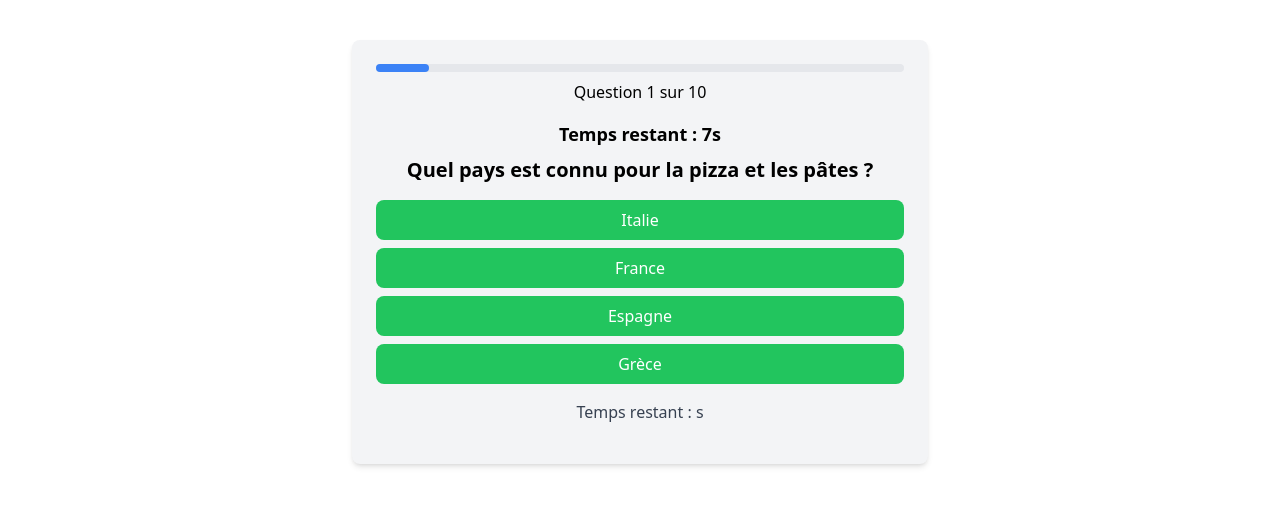
Repository: snaike71/quizvue
Page: /, after clicking the first element matching `button.px-6`
An editor plug-in stored every save of this project. The page is shown before and after the next save, followed by the edit.
The browser window is 1280 px wide. The pictures show the whole page.
The project was rebuilt for these pictures with package versions that can differ from the ones it lists, and the page was loaded fresh each time. Also part of the build but not shown: vite.config.ts, src/components/Leaderboard.vue.

Above is the page before, as saved 2024-10-31 10:52:23.

### src/main.ts
import './assets/main.css'

import { createApp } from 'vue'
import App from './App.vue'
import { createPinia } from 'pinia';

const app = createApp(App);
app.use(createPinia());
app.mount('#app');

### src/App.vue
<template>
  <div class="app">
    <QuizApp />
  </div>
</template>

<script lang="ts">
import { defineComponent } from 'vue';
import QuizApp from './components/QuizApp.vue';

export default defineComponent({
  name: 'App',
  components: {
    QuizApp
  }
});
</script>

### src/components/QuizApp.vue
<template>
  <div class="quiz-container max-w-xl mx-auto bg-gray-100 p-6 rounded-lg shadow-md mt-10">
    <div v-if="!quizStore.quizStarted && !quizStore.quizEnded" class="text-center">
      <h1 class="text-2xl font-bold mb-6">Quiz de Culture Générale</h1>
      <button @click="startQuiz" class="px-6 py-3 bg-blue-500 text-white font-semibold rounded-lg hover:bg-blue-600">
        Commencer le Quiz
      </button>
    </div>

    <div v-else-if="quizStore.quizStarted && !quizStore.quizEnded">
      <QuizProgress :currentIndex="quizStore.currentQuestionIndex" :totalQuestions="quizStore.selectedQuestions.length" />
      <QuizTimer :initialTime="quizStore.timer" @time-up="handleTimeUp" />
      <QuizQuestion :question="quizStore.currentQuestion" @answer="handleAnswer" />
      <p v-if="feedbackMessage" :class="{'text-green-500': isCorrect, 'text-red-500': !isCorrect}" class="text-center text-lg font-semibold mt-4 animate-fade">
        {{ feedbackMessage }}
      </p>
    </div>

    <div v-if="quizStore.quizEnded" class="text-center">
      <h2 class="text-xl font-bold">Votre score final : {{ quizStore.score }}/10</h2>
      <Leaderboard />
      <button @click="startQuiz" class="mt-6 px-4 py-2 bg-blue-500 text-white rounded hover:bg-blue-600">Rejouer</button>
    </div>
  </div>
</template>

<script lang="ts">
import { defineComponent, ref } from 'vue';
import { useQuizStore } from '@/store/quizStore';
import QuizProgress from './QuizProgress.vue';
import QuizQuestion from './QuizQuestion.vue';
import QuizTimer from './QuizTimer.vue';
import Leaderboard from './Leaderboard.vue';

export default defineComponent({
  components: { QuizProgress, QuizQuestion, QuizTimer, Leaderboard },
  setup() {
    const quizStore = useQuizStore();
    const feedbackMessage = ref('');
    const isCorrect = ref(false);

    const startQuiz = async () => {
      await quizStore.loadQuestions();
      quizStore.startQuiz();
    };

    const handleAnswer = (selectedAnswer: string | null) => {
      const correctAnswer = quizStore.currentQuestion.answer;
      isCorrect.value = selectedAnswer === correctAnswer;
      feedbackMessage.value = isCorrect.value ? "Bonne réponse !" : "Mauvaise réponse !";
      if (isCorrect.value) quizStore.incrementScore();
      quizStore.nextQuestion();
    };

    const handleTimeUp = () => {
      handleAnswer(null); // Passe automatiquement à la question suivante si le temps est écoulé
    };

    return { quizStore, feedbackMessage, isCorrect, startQuiz, handleAnswer, handleTimeUp };
  }
});
</script>

<style scoped>
@keyframes fade {
  from { opacity: 1; }
  to { opacity: 0; }
}
.animate-fade {
  animation: fade 2s forwards;
}
</style>

### src/store/quizStore.ts
// src/store/quizStore.ts
import { defineStore } from 'pinia';

export const useQuizStore = defineStore('quiz', {
  state: () => ({
    questions: [] as Array<{ text: string; options: string[]; answer: string }>,
    selectedQuestions: [] as Array<{ text: string; options: string[]; answer: string }>,
    currentQuestionIndex: 0,
    score: 0,
    timer: 10,
    quizStarted: false,
    quizEnded: false,
    leaderboard: JSON.parse(localStorage.getItem('quizScores') || '[]') as Array<{ score: number; date: string }>
  }),
  actions: {
    async loadQuestions() {
      const response = await fetch('/questions.json');
      this.questions = await response.json();
      this.selectedQuestions = this.shuffleArray(this.questions).slice(0, 10);
    },
    startQuiz() {
      this.quizStarted = true;
      this.currentQuestionIndex = 0;
      this.score = 0;
      this.quizEnded = false;
      this.timer = 10;
    },
    nextQuestion() {
      if (this.currentQuestionIndex < this.selectedQuestions.length - 1) {
        this.currentQuestionIndex++;
        this.timer = 10;
      } else {
        this.endQuiz();
      }
    },
    incrementScore() {
      this.score++;
    },
    endQuiz() {
      this.quizEnded = true;
      this.quizStarted = false;
      this.saveScore();
    },
    saveScore() {
      const newScore = { score: this.score, date: new Date().toISOString() };
      this.leaderboard.push(newScore);
      localStorage.setItem('quizScores', JSON.stringify(this.leaderboard));
    },
    shuffleArray(array: any[]) {
      return array.sort(() => Math.random() - 0.5);
    }
  },
  getters: {
    progressPercentage(state) {
      return ((state.currentQuestionIndex + 1) / state.selectedQuestions.length) * 100;
    },
    currentQuestion(state) {
      return state.selectedQuestions[state.currentQuestionIndex];
    }
  }
});

### src/components/QuizProgress.vue
<template>
  <div class="mb-4">
    <div class="w-full bg-gray-200 rounded-full h-2 mb-2">
      <div class="bg-blue-500 h-2 rounded-full transition-all duration-500" :style="{ width: progress + '%' }"></div>
    </div>
    <p class="text-center">Question {{ currentIndex + 1 }} sur {{ totalQuestions }}</p>
  </div>
</template>

<script lang="ts">
import { defineComponent } from 'vue';

export default defineComponent({
  props: {
    currentIndex: { type: Number, required: true },
    totalQuestions: { type: Number, required: true },
  },
  computed: {
    progress() {
      return ((this.currentIndex + 1) / this.totalQuestions) * 100;
    }
  }
});
</script>

### src/components/QuizQuestion.vue
<template>
  <div class="question-container text-center mb-4">
    <h2 class="text-xl font-semibold mb-4">{{ question.text }}</h2>
    <div class="options flex flex-col gap-2">
      <button v-for="option in question.options" :key="option" @click="selectAnswer(option)" class="option py-2 px-4 bg-green-500 text-white rounded-lg hover:bg-green-600">
        {{ option }}
      </button>
    </div>
    <p class="mt-4 text-gray-700">Temps restant : <span class="font-semibold">{{ timer }}</span>s</p>
  </div>
</template>

<script lang="ts">
import { defineComponent, PropType, watch, onMounted, onUnmounted } from 'vue';
import { useQuizStore } from '@/store/quizStore';

export default defineComponent({
  props: {
    question: {
      type: Object as PropType<{ text: string; options: string[]; answer: string }>,
      required: true
    },
    timer: Number
  },
  emits: ['answer'],
  setup(props, { emit }) {
    const quizStore = useQuizStore();
    let timerInterval: ReturnType<typeof setInterval>;

    const startTimer = () => {
      timerInterval = setInterval(() => {
        quizStore.timer--;
        if (quizStore.timer === 0) {
          emit('answer', null);
          quizStore.nextQuestion();
        }
      }, 1000);
    };

    onMounted(() => startTimer());
    onUnmounted(() => clearInterval(timerInterval));

    const selectAnswer = (option: string) => {
      emit('answer', option);
    };

    return { selectAnswer };
  }
});
</script>

### src/components/QuizTimer.vue
<template>
    <div class="text-center text-lg font-semibold mb-2">Temps restant : {{ timeLeft }}s</div>
  </template>

  <script lang="ts">
  import { defineComponent, ref, onMounted, watch } from 'vue';

  export default defineComponent({
    props: {
      initialTime: { type: Number, default: 10 },
    },
    emits: ['time-up'],
    setup(props, { emit }) {
      const timeLeft = ref(props.initialTime);
      let timerInterval: ReturnType<typeof setInterval> | null = null;

      const startTimer = () => {
        clearInterval(timerInterval as ReturnType<typeof setInterval>);
        timerInterval = setInterval(() => {
          if (timeLeft.value > 0) {
            timeLeft.value--;
          } else {
            clearInterval(timerInterval as ReturnType<typeof setInterval>);
            emit('time-up');
          }
        }, 1000);
      };

      onMounted(startTimer);
      watch(() => props.initialTime, (newTime) => {
        timeLeft.value = newTime;
        startTimer();
      });

      return { timeLeft };
    }
  });
  </script>

### tailwind.config.js
/** @type {import('tailwindcss').Config} */
export default {
  content: [
    "./src/**/*.{vue,js,ts,jsx,tsx}"
  ],
  theme: {
    extend: {},
  },
  plugins: [],
}

### public/questions.json
[
    { "text": "Quelle est la capitale de l'Espagne ?", "options": ["Madrid", "Lisbonne", "Paris", "Rome"], "answer": "Madrid" },
    { "text": "Quel est le plus long fleuve du monde ?", "options": ["Nil", "Amazone", "Yangtsé", "Mississippi"], "answer": "Amazone" },
    { "text": "Qui a peint le plafond de la chapelle Sixtine ?", "options": ["Michel-Ange", "Raphaël", "Leonardo da Vinci", "Rembrandt"], "answer": "Michel-Ange" },
    { "text": "Quel est le pays le plus peuplé du monde ?", "options": ["Chine", "Inde", "États-Unis", "Indonésie"], "answer": "Chine" },
    { "text": "Quel est le symbole chimique du fer ?", "options": ["Fe", "F", "Fr", "Fi"], "answer": "Fe" },
    { "text": "Quelle planète est la plus proche du Soleil ?", "options": ["Mercure", "Vénus", "Terre", "Mars"], "answer": "Mercure" },
    { "text": "Qui est l'auteur de 'Roméo et Juliette' ?", "options": ["Shakespeare", "Molière", "Victor Hugo", "Hemingway"], "answer": "Shakespeare" },
    { "text": "Combien de couleurs y a-t-il dans un arc-en-ciel ?", "options": ["7", "5", "6", "8"], "answer": "7" },
    { "text": "Quel est l'élément chimique le plus léger ?", "options": ["Hydrogène", "Oxygène", "Hélium", "Carbone"], "answer": "Hydrogène" },
    { "text": "Quel pays est connu pour la pizza et les pâtes ?", "options": ["Italie", "France", "Espagne", "Grèce"], "answer": "Italie" },
    { "text": "Quelle est la capitale de l'Australie ?", "options": ["Canberra", "Sydney", "Melbourne", "Brisbane"], "answer": "Canberra" },
    { "text": "Dans quel pays se trouve la tour Eiffel ?", "options": ["France", "Italie", "Espagne", "Allemagne"], "answer": "France" },
    { "text": "Quelle est la langue la plus parlée dans le monde ?", "options": ["Anglais", "Espagnol", "Mandarin", "Français"], "answer": "Mandarin" },
    { "text": "Quel métal est utilisé principalement pour les câbles électriques ?", "options": ["Cuivre", "Aluminium", "Or", "Argent"], "answer": "Cuivre" },
    { "text": "Quel est l'animal terrestre le plus rapide ?", "options": ["Guépard", "Lion", "Tigre", "Gazelle"], "answer": "Guépard" }
  ]

Loaded but not shown: index.html (common file); src/assets/main.css (common file)

After the next save:
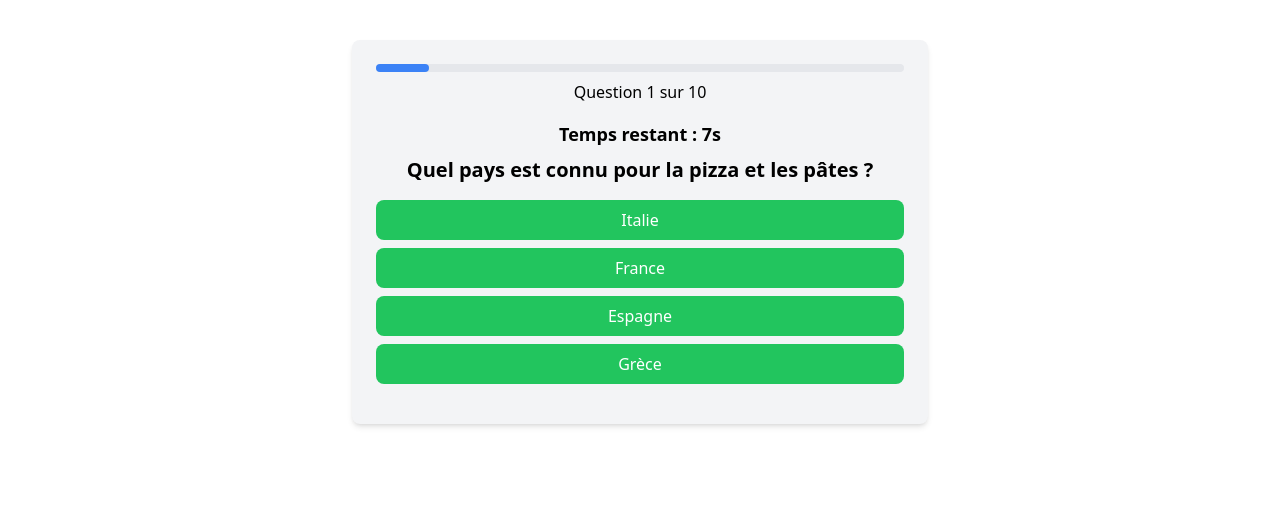
Saved 2 min 42 s later.
--- a/src/components/QuizQuestion.vue
+++ b/src/components/QuizQuestion.vue
@@ -6,7 +6,6 @@
         {{ option }}
       </button>
     </div>
-    <p class="mt-4 text-gray-700">Temps restant : <span class="font-semibold">{{ timer }}</span>s</p>
   </div>
 </template>
 
